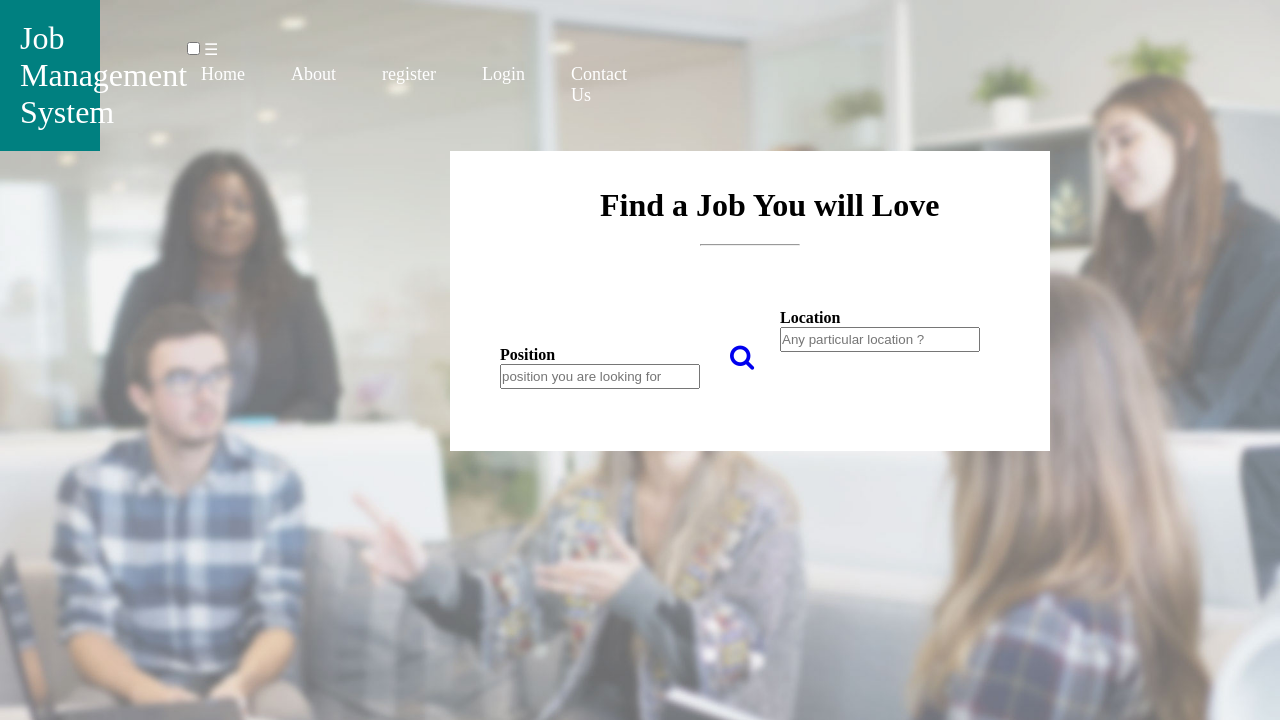
Repository: PrinceKumawat1109/JFSD
Page: http://localhost/Job-management/home.jsp
These files come from the project's save history. The page is drawn as it stood at one moment and after the next save; the edit follows.
The browser window is 1280 px wide. The pictures show the whole page.
The page is served by Tomcat 9.

Above is the page before, as saved 2022-10-29 18:11:11.

After the next save:
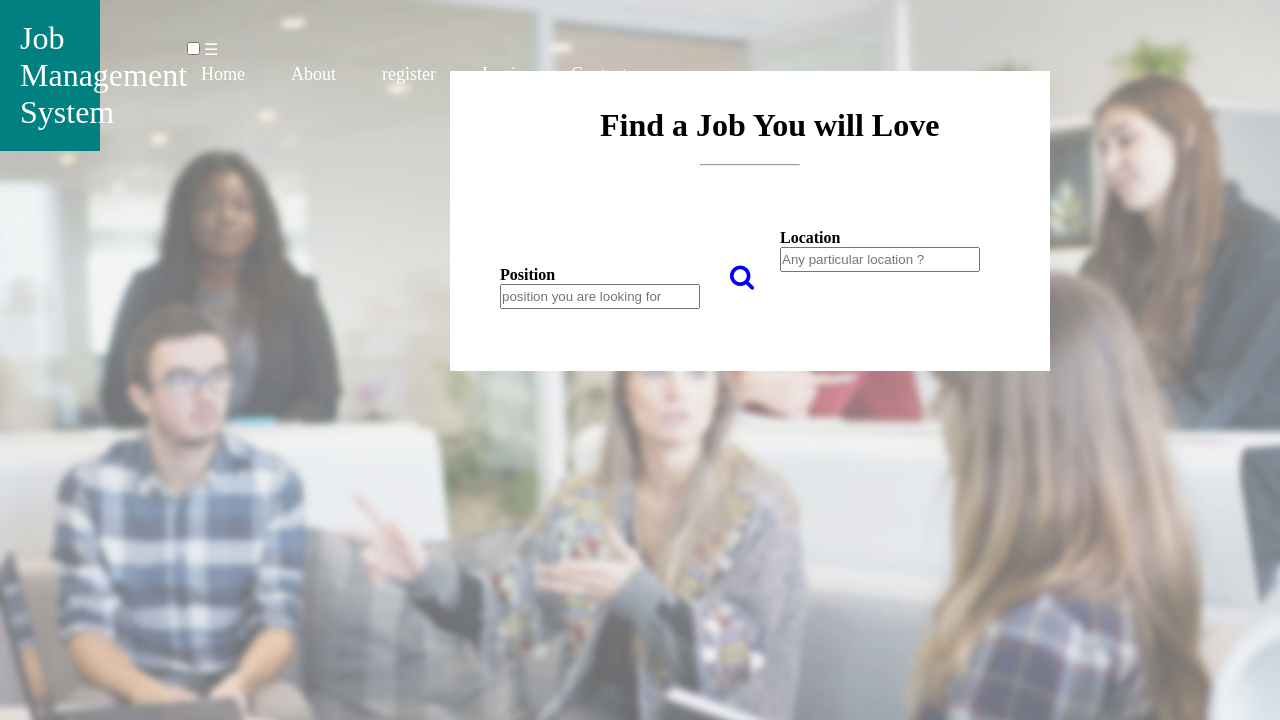
Saved 36 s later.
--- a/Job-management/src/main/webapp/home.jsp
+++ b/Job-management/src/main/webapp/home.jsp
@@ -21,6 +21,8 @@
 width: 600px;
 background-color: white;
 margin-left: 450px;
+margin-top: -80px;
+
 }
 h4{
 margin-left: 50px;

After the save that followed:
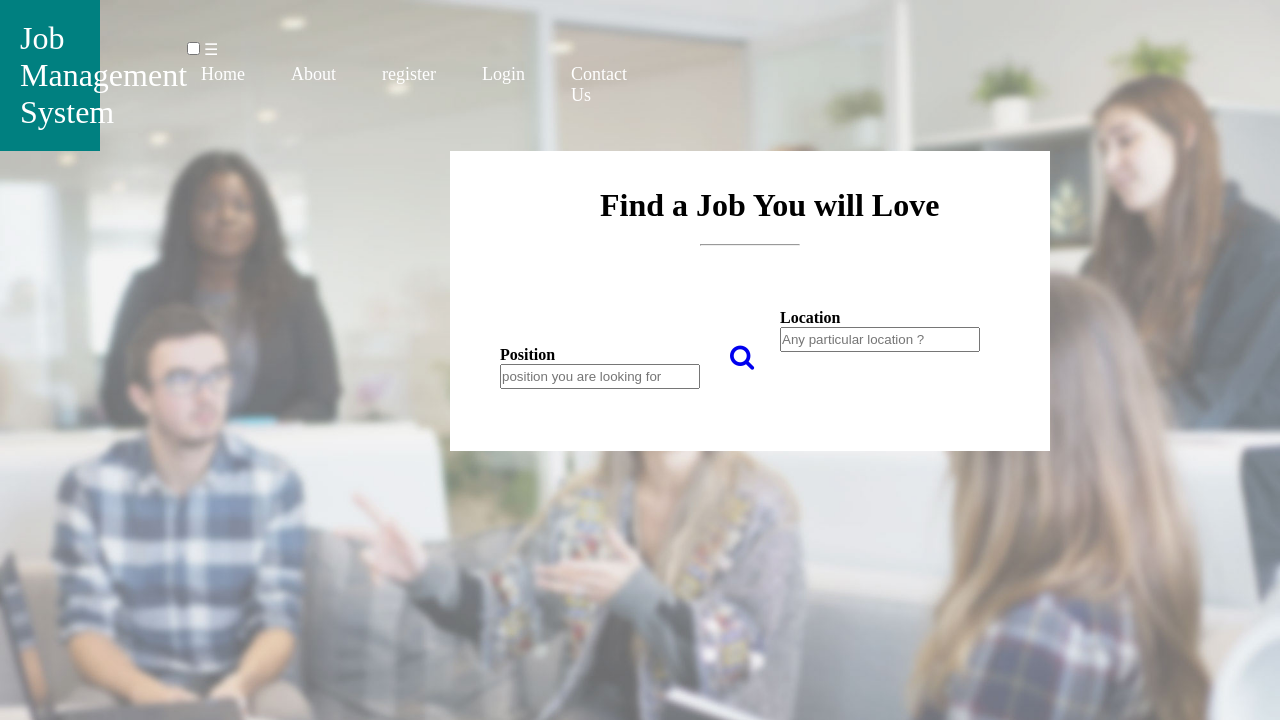
Saved 9 s later.
--- a/Job-management/src/main/webapp/home.jsp
+++ b/Job-management/src/main/webapp/home.jsp
@@ -21,7 +21,6 @@
 width: 600px;
 background-color: white;
 margin-left: 450px;
-margin-top: -80px;
 
 }
 h4{
